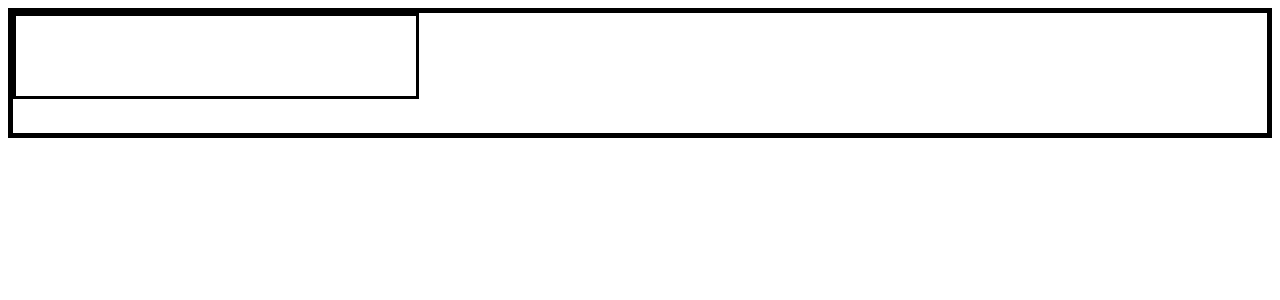
Repository: cartervandekamp/htmlstructure.mdia2003
Page: htmlstructure-psd/index.html
An editor plug-in stored every save of this project. The page is shown before and after the next save, followed by the edit.
The browser window is 1280 px wide. The pictures show the whole page.

Above is the page before, as saved 2023-01-16 17:56:38.

After the next save:
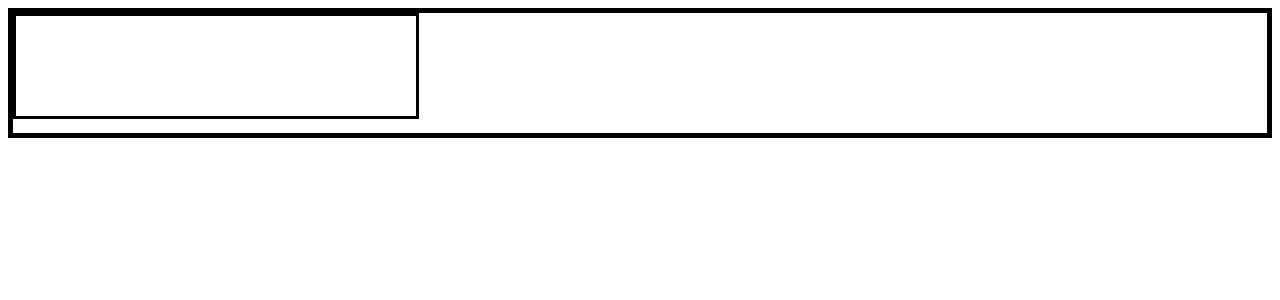
Saved 6 s later.
--- a/htmlstructure-psd/style.css
+++ b/htmlstructure-psd/style.css
@@ -13,7 +13,7 @@ body {
 .topleft {
     height: 60px;
     width: 400px;
-    padding-top: 20px;
+    padding-top: 40px;
     border-style: solid;
     border-color: black;
 }
